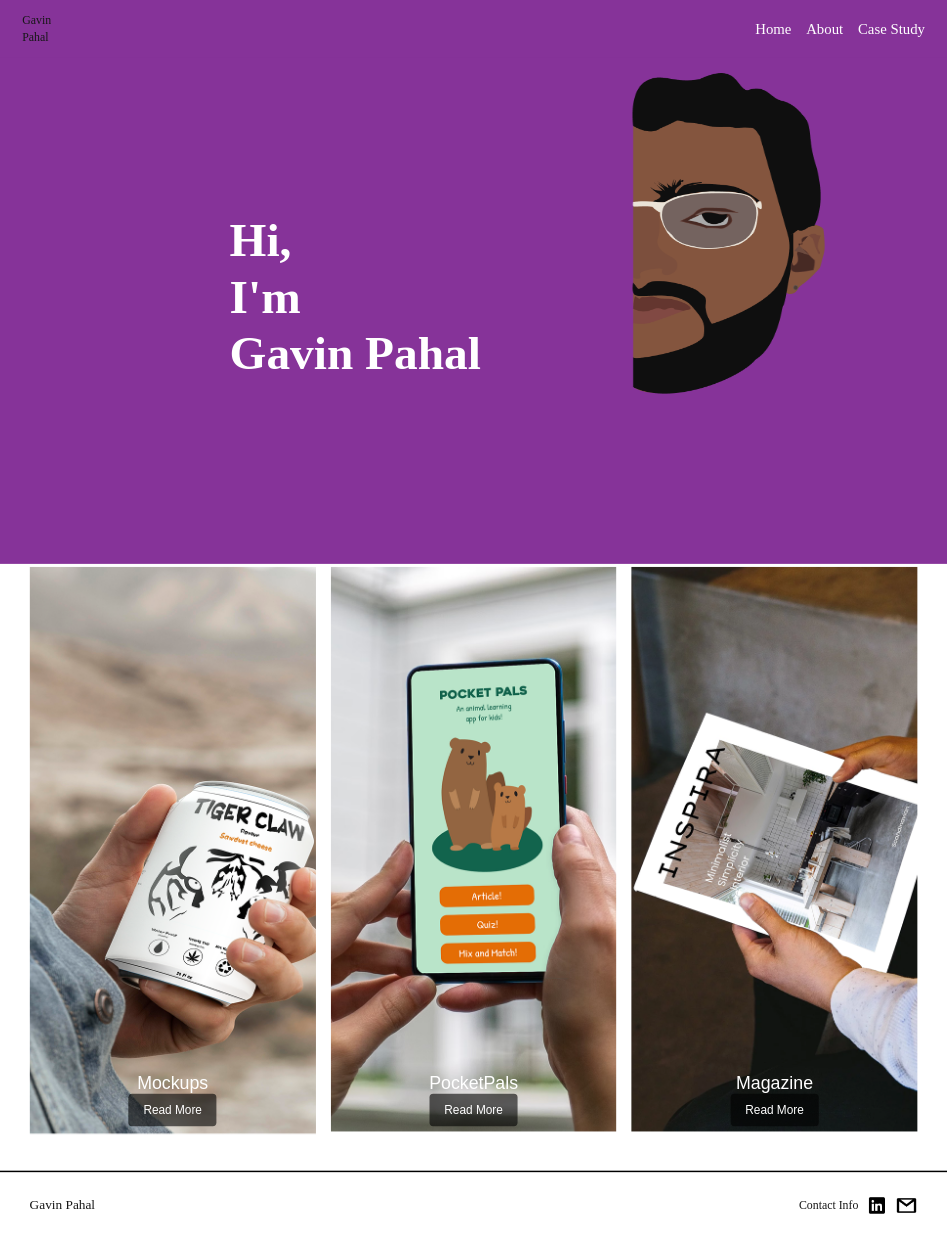
Repository: GavinPahal/portfolios
Page: /
The author's editor kept a copy of each file at every save. The page is drawn from the files as they stood at one save, then again after the next save.
The browser window is 1280 px wide. The pictures show the whole page, at 74% of full size.
The project was rebuilt for these pictures with package versions that can differ from the ones it lists, and the page was loaded fresh each time. The framework's server and built-in components were replaced by stand-ins that run in the browser. Also part of the build but not shown: next.config.mjs, components/BackToTop/BackToTop.module.css.

Above is the page before, as saved 2025-02-06 14:05:11.

### pages/index.js
import NavBar from "../components/NavBar/NavBar";
import HeroSection from "../components/HeroSection/HeroSection";
import Projects from "../components/Projects/Projects";
import Footer from "../components/Footer/Footer";
import BackToTop from "../components/BackToTop/BackToTop";

const home = () => {
  return (
    <div>
      <NavBar />
      <HeroSection />
      <Projects />
      <BackToTop />
      <Footer />
    </div>
  );
};

export default home;

### components/NavBar/NavBar.js
import Link from "next/link";
import styles from "./NavBar.module.css";

const NavBar = () => {
  return (
    <nav className={styles.navbar}>
      <div className={styles.logo}>
        <span>Gavin Pahal</span>
      </div>
      <ul className={styles.navLinks}>
        <li>
          <Link href="/">Home</Link>
        </li>
        <li>
          <Link href="/about">About</Link>
        </li>
        <li>
          <Link href="/case-study">Case Study</Link>
        </li>
      </ul>
    </nav>
  );
};

export default NavBar;

### components/HeroSection/HeroSection.js
import styles from "./HeroSection.module.css";

const HeroSection = () => {
  return (
    <header className={styles.hero}>
      <img src="/images/Group 6.png" alt="Gavin Pahal Portfolio" className={styles.heroImage} />
      <div className={styles.heroText}>
        <h1 className={styles.title}>
          Hi, <br /> I'm <br /> Gavin Pahal
        </h1>
      </div>
    </header>
  );
};

export default HeroSection;

### components/Projects/Projects.js
import { useState, useRef } from "react";
import { createPopper } from "@popperjs/core";
import styles from "./Projects.module.css";

const projects = [
  {
    title: "Mockups",
    image: "/images/Rectangle 65.png", // Update with actual image path
    link: "/can",
    description: "High-quality product mockups to showcase your designs.",
  },
  {
    title: "PocketPals",
    image: "/images/Rectangle 75.png", // Update with actual image path
    link: "/pocket-pals",
    description: "An animal learning app for kids.",
  },
  {
    title: "Magazine",
    image: "/images/Rectangle 65 (1).png", // Update with actual image path
    link: "/magazine",
    description: "Helping travelers with food allergies find safe meals.",
  },
];

const Projects = () => {
  const [visible, setVisible] = useState(null);
  const popperRef = useRef([]);
  const tooltipRef = useRef([]);

  const handleMouseEnter = (index) => {
    setVisible(index);
    createPopper(popperRef.current[index], tooltipRef.current[index], {
      placement: "top",
      modifiers: [{ name: "offset", options: { offset: [0, 10] } }],
    });
  };

  const handleMouseLeave = () => {
    setVisible(null);
  };

  return (
    <section className={styles.projects}>
      {projects.map((project, index) => (
        <div
          key={index}
          className={styles.project}
          ref={(el) => (popperRef.current[index] = el)}
          onMouseEnter={() => handleMouseEnter(index)}
          onMouseLeave={handleMouseLeave}
        >
          <img src={project.image} alt={project.title} className={styles.image} />
          <h3 className={styles.title}>{project.title}</h3>
          <a href={project.link} className={styles.button}>Read More</a>

          <div
            ref={(el) => (tooltipRef.current[index] = el)}
            className={`${styles.overlay} ${visible === index ? styles.show : ""}`}
          >
            <p>{project.description}</p>
          </div>
        </div>
      ))}
    </section>
  );
};

export default Projects;

### components/Footer/Footer.js
import styles from "./Footer.module.css";

const Footer = () => {
  return (
    <footer className={styles.footer}>
      <div className={styles.container}>
        <p className={styles.name}>Gavin Pahal</p>
        <div className={styles.contact}>
          <span>Contact Info</span>
          <div className={styles.icons}>
            <a href="www.linkedin.com/in/gavin-pahal" target="_blank" rel="noopener noreferrer">
              <img src="/images/LinkedIn (1).png" alt="LinkedIn" />
            </a>
            <a href="mailto:gavinpahal2003@gmail.com">
              <img src="/images/Gmail Logo (1).png" alt="Email" />
            </a>
          </div>
        </div>
      </div>
    </footer>
  );
};

export default Footer;

### components/BackToTop/BackToTop.js
import { useState, useEffect } from "react";
import styles from "./BackToTop.module.css";

const BackToTop = () => {
  const [showScroll, setShowScroll] = useState(false);

  useEffect(() => {
    const handleScroll = () => {
      setShowScroll(window.scrollY > 200);
    };

    window.addEventListener("scroll", handleScroll);
    return () => window.removeEventListener("scroll", handleScroll);
  }, []);

  const scrollToTop = () => {
    window.scrollTo({ top: 0, behavior: "smooth" });
  };

  return (
    showScroll && (
      <div className={styles.scrollContainer} onClick={scrollToTop}>
        <span className={styles.scrollText}>Back to Top</span>
        <div className={styles.underline}></div>
      </div>
    )
  );
};

export default BackToTop;

### components/NavBar/NavBar.module.css
.navbar {
  font-family: "philosopher", "bold";
  display: flex;
  justify-content: space-between;
  align-items: center;
  padding: 15px 30px;
  background: #863399;
}

.logoContainer {
  display: flex;
  align-items: center;
}

.logo {
  width: 60px; /* Adjust size as needed */
  margin-right: 10px;
}

.name {
  color: white;
  font-size: 18px;
  font-weight: bold;
}

.navLinks {
  list-style: none;
  display: flex;
  gap: 20px;
}

.navLinks li a {

  color: white;
  text-decoration: none;
  font-size: 20px;
}

### components/HeroSection/HeroSection.module.css
.hero {
    width: 100%;
    height: 90vh;
    display: flex;
    align-items: center;
    justify-content: center;
  }

  .heroImage {
    position: absolute;
    width: 100%;
    height: 100%;
    z-index: -1;
  }

  .heroText {
    margin-right: 10rem;
    color: white;
    font-family: "Philosopher"
  }

  .title {
    margin-right: 10rem;
    font-size: 4rem;
    font-weight: bold;
    line-height: 1.2;
  }

  .resumeButton {
    margin-top: 20px;
    padding: 12px 24px;
    font-size: 1.2rem;
    background: white;
    color: black;
    font-weight: bold;
    border: none;
    border-radius: 5px;
    cursor: pointer;
    transition: background 0.3s ease, transform 0.2s ease;
  }

  .resumeButton:hover {
    background: rgba(255, 255, 255, 0.8);
    transform: scale(1.05);
  }

### components/Projects/Projects.module.css
.projects {
    display: flex;
    justify-content: center;
    gap: 20px;
    padding: 40px;
  }

  .project {
    position: relative;
    text-align: center;
    color: white;
    max-width: 450px;
    overflow: hidden;
  }

  .image {
    width: 100%;
    height: auto;
    transition: transform 0.3s ease-in-out;
  }

  .project:hover .image {
    transform: scale(1.05);
  }

  .title {
    position: absolute;
    bottom: 60px;
    left: 50%;
    transform: translateX(-50%);
    font-size: 1.5rem;
  }

  .button {
    position: absolute;
    bottom: 20px;
    left: 50%;
    transform: translateX(-50%);
    background-color: rgba(0, 0, 0, 0.6);
    color: white;
    padding: 10px 20px;
    text-decoration: none;
    border-radius: 5px;
  }

  .overlay {
    position: absolute;
    bottom: 100%;
    left: 50%;
    transform: translateX(-50%);
    background: rgba(0, 0, 0, 0.8);
    color: white;
    padding: 10px;
    font-size: 0.9rem;
    width: 200px;
    text-align: center;
    opacity: 0;
    transition: opacity 0.3s ease-in-out;
    pointer-events: none;
  }

  .show {
    opacity: 1;
  }

### components/Footer/Footer.module.css
.footer {
  text-align: center;
  padding: 30px 20px;
  border-top: 2px solid black;
  position: relative;
  display: flex;
  justify-content: space-between;
  align-items: center;
}

.container {
  width: 100%;
  display: flex;
  justify-content: space-between;
  align-items: center;
}

.name {
  font-family: "philosopher", "bold";
  font-size: 18px;
  margin: 0; /* Aligns with the top border */
  padding-left: 20px; /* Adds some spacing from the left */
}

.contact {
  font-family: "philosopher", "bold";
  font-size: 16px;
  display: flex;
  align-items: center;
  padding-right: 20px; /* Adds some spacing from the right */
}

.icons {
  display: flex;
  gap: 10px; /* Ensures equal spacing between icons */
  margin-left: 10px; /* Adds spacing between text and icons */
}

.icons img {
  width: 30px;
}

Loaded but not shown: pages/_app.js (common file); pages/_document.js (common file); styles/globals.css (common file); tailwind.config.mjs (common file)

After the next save:
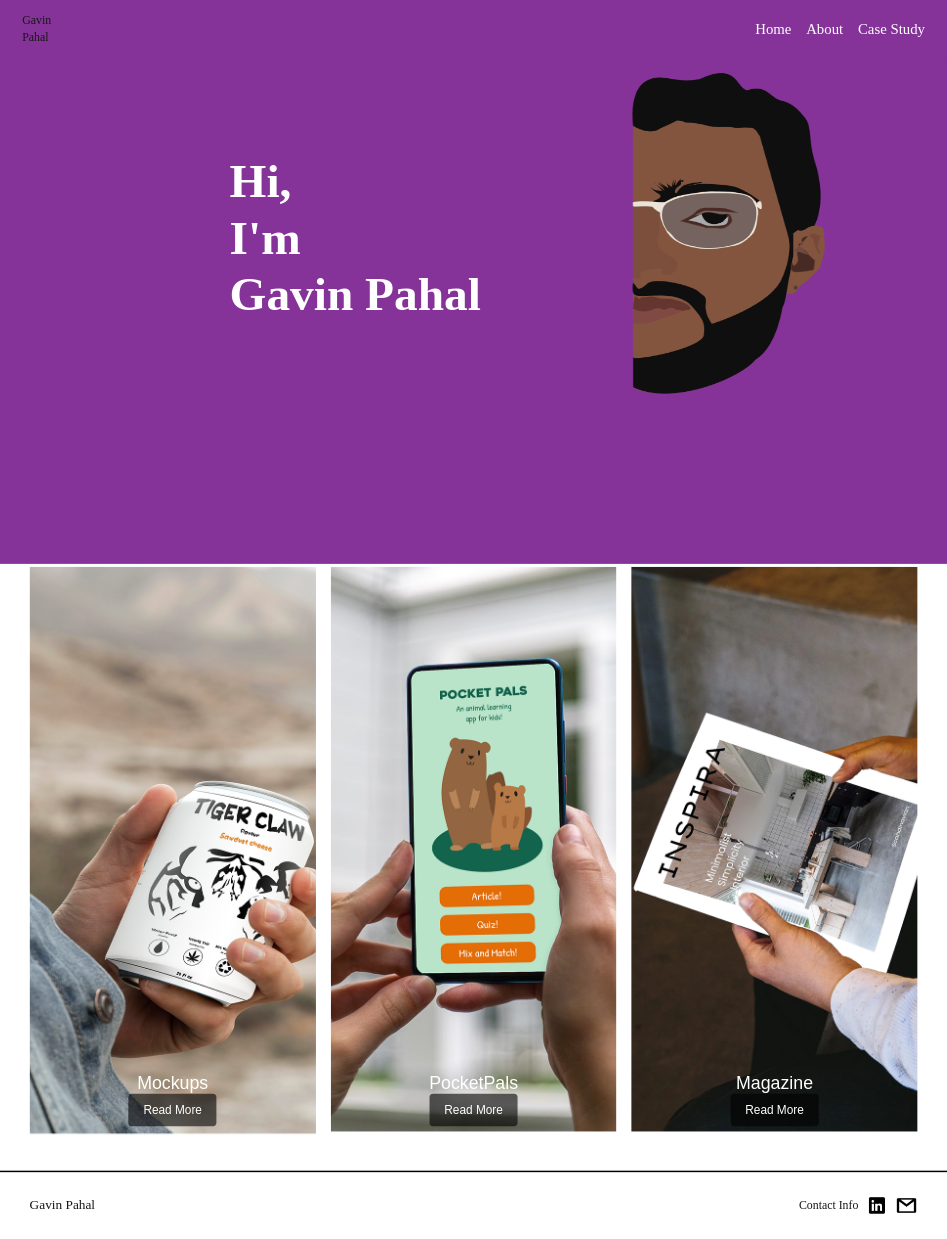
Saved 15 s later.
--- a/components/HeroSection/HeroSection.module.css
+++ b/components/HeroSection/HeroSection.module.css
@@ -14,6 +14,7 @@
   }
 
   .heroText {
+    margin-bottom: 10rem;
     margin-right: 10rem;
     color: white;
     font-family: "Philosopher"
